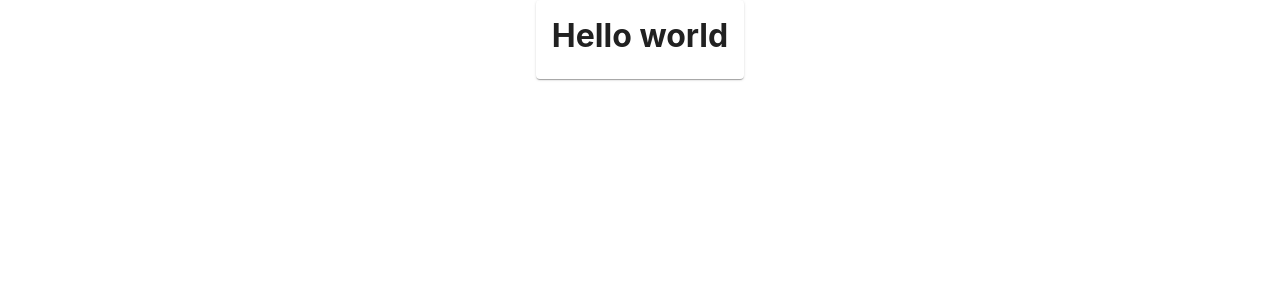
Repository: shehriyarnadeem/globalprototypeclient
Page: /
The author's editor kept a copy of each file at every save. The page is drawn from the files as they stood at one save, then again after the next save.
The browser window is 1280 px wide. The pictures show the whole page.
The project was rebuilt for these pictures with package versions that can differ from the ones it lists, and the page was loaded fresh each time. Also part of the build but not shown: src/App.css.

Above is the page before, as saved 2020-08-30 17:40:20.

After the next save:
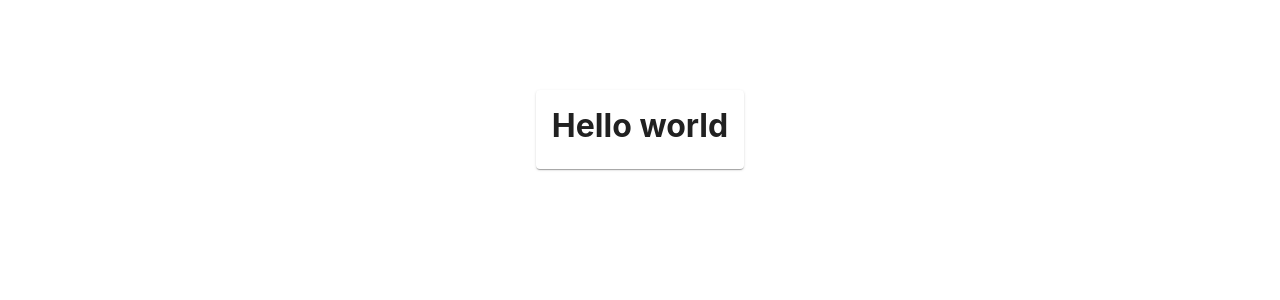
Saved 6 s later.
--- a/src/screens/Login/Login.css
+++ b/src/screens/Login/Login.css
@@ -7,4 +7,9 @@
 }
 
 .login__container {
+  text-align: center;
+  margin-top: 90px;
+  display: flex;
+  flex-direction: column;
+  justify-content: center;
 }
